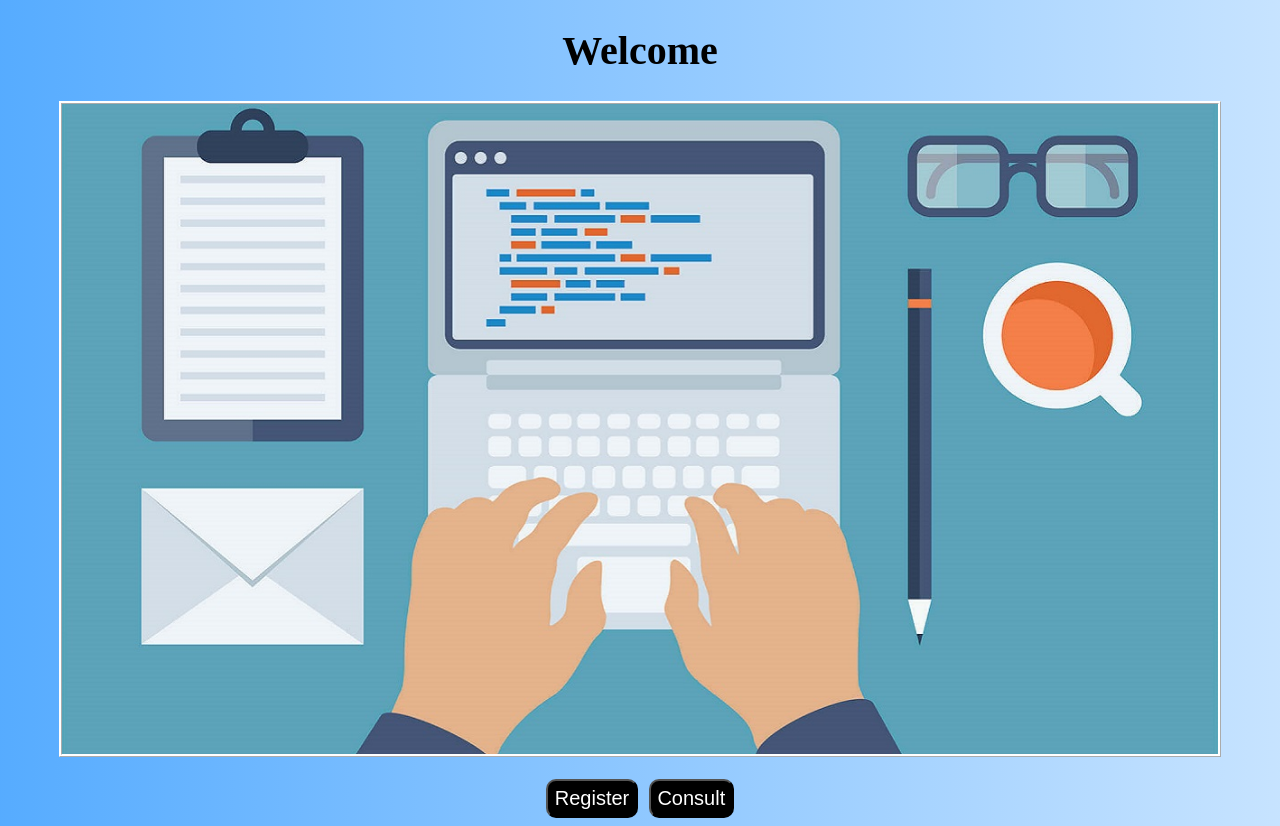
Repository: darubio90/app-tech
Page: http://localhost/
The author's editor kept a record of every edit. The page is drawn from the files as they stood at one moment, then again after the next edit.
The browser window is 1280 px wide. The pictures show the whole page.
The page is served by the project's application, run on Flask 3 (server.py).

Above is the page before.

After the next edit:
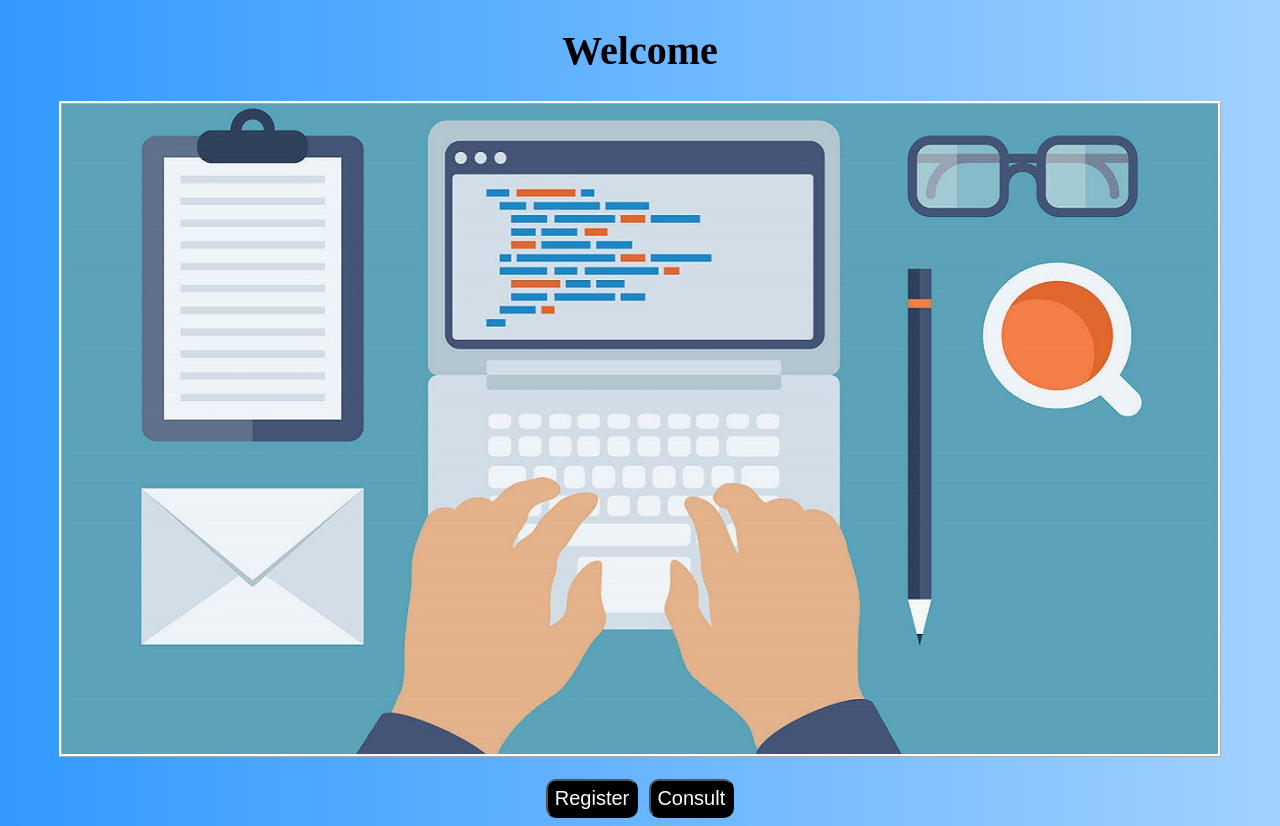
The edit:
--- a/static/css/styleHome.css
+++ b/static/css/styleHome.css
@@ -28,7 +28,7 @@
 body {
     background: linear-gradient(to right, #1e90ff, #ffffff); /* Azul oscuro (#1e90ff) a Blanco (#ffffff) */
     background-size: 200% 200%;
-    animation: gradient 20s linear infinite; /* Aumentamos la duración de la animación a 20 segundos */
+    animation: gradient 60s linear infinite; /* Aumentamos la duración de la animación a 20 segundos */
 }
 
 @keyframes gradient {
